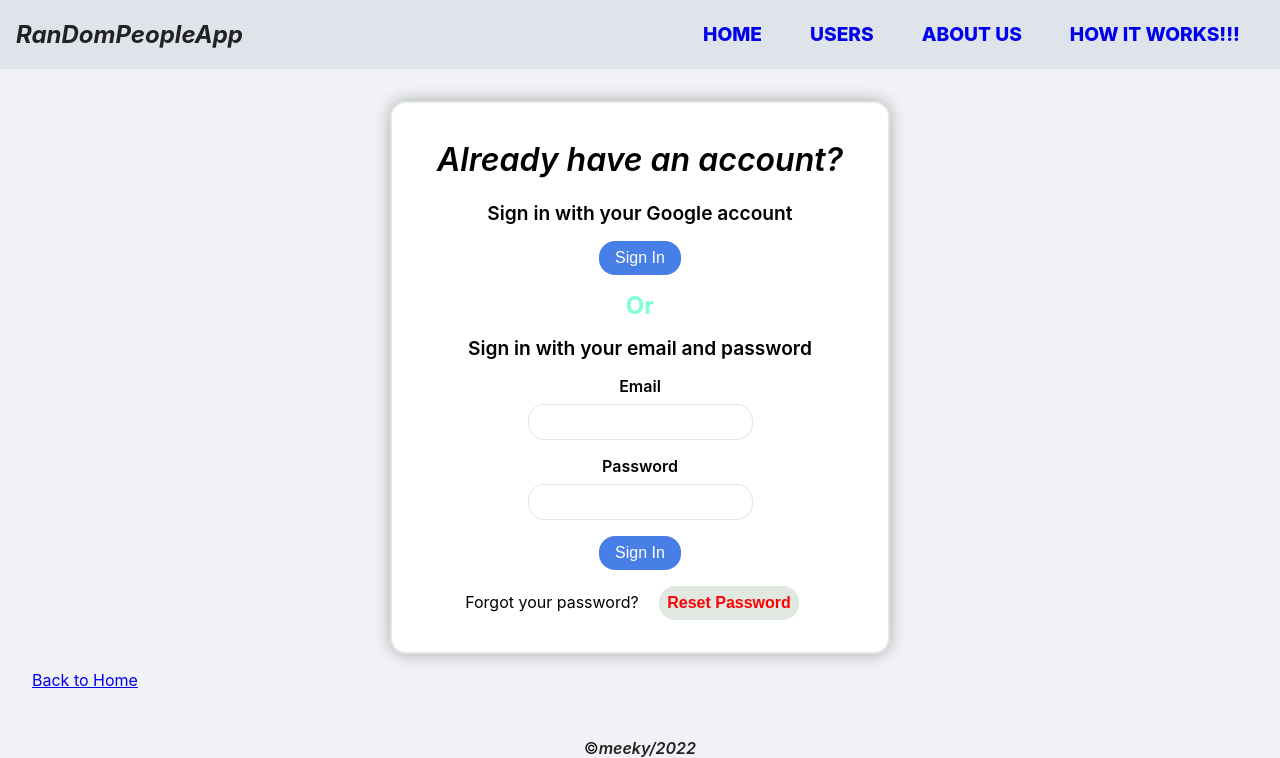
Repository: MikkyPrestige/RandomProfiles
Page: /profileDisplay
These files come from the project's save history. The page is drawn as it stood at one moment and after the next save; the edit follows.
The browser window is 1280 px wide. The pictures show the whole page.
The page's requests for data from a server got no answer. The project was rebuilt for these pictures with package versions that can differ from the ones it lists, and the page was loaded fresh each time. Some packages were replaced by stand-ins written for this rebuild. No one was signed in, and anything a server would have sent is missing. Also part of the build but not shown: src/assets/styles/home.css, src/components/home.jsx, src/components/users.jsx, src/assets/styles/search.css, src/components/search.jsx, src/assets/styles/help.css, src/components/help.jsx, src/assets/styles/about.css and 7 more.

Above is the page before, as saved 2022-12-03 05:43:51.

### public/index.html
<!DOCTYPE html>
<html lang="en">

<head>
  <meta charset="utf-8" />
  <link rel="icon" href="%PUBLIC_URL%/favicon.ico" />
  <meta name="viewport" content="width=device-width, initial-scale=1" />
  <meta name="theme-color" content="#000000" />
  <meta name="description" content="Web site created using create-react-app" />
  <link rel="apple-touch-icon" href="%PUBLIC_URL%/logo192.png" />
  <!--
      manifest.json provides metadata used when your web app is installed on a
      user's mobile device or desktop. See https://developers.google.com/web/fundamentals/web-app-manifest/
    -->
  <link rel="manifest" href="%PUBLIC_URL%/manifest.json" />
  <!--
      Notice the use of %PUBLIC_URL% in the tags above.
      It will be replaced with the URL of the `public` folder during the build.
      Only files inside the `public` folder can be referenced from the HTML.

      Unlike "/favicon.ico" or "favicon.ico", "%PUBLIC_URL%/favicon.ico" will
      work correctly both with client-side routing and a non-root public URL.
      Learn how to configure a non-root public URL by running `npm run build`.
    -->
  <title>AltSchool Assignment 2</title>
</head>

<body>
  <noscript>You need to enable JavaScript to run this app.</noscript>
  <div id="root"></div>
  <!--
      This HTML file is a template.
      If you open it directly in the browser, you will see an empty page.

      You can add webfonts, meta tags, or analytics to this file.
      The build step will place the bundled scripts into the <body> tag.

      To begin the development, run `npm start` or `yarn start`.
      To create a production bundle, use `npm run build` or `yarn build`.
    -->
</body>

</html>

### src/index.css
body {
  margin: 0;
  font-family: -apple-system, BlinkMacSystemFont, 'Segoe UI', 'Roboto', 'Oxygen',
    'Ubuntu', 'Cantarell', 'Fira Sans', 'Droid Sans', 'Helvetica Neue',
    sans-serif;
  -webkit-font-smoothing: antialiased;
  -moz-osx-font-smoothing: grayscale;
  background-color: #f1f2f6;
}

code {
  font-family: source-code-pro, Menlo, Monaco, Consolas, 'Courier New',
    monospace;
}

### src/App.jsx
import * as React from "react";
import { ErrorBoundary } from "react-error-boundary";
import { Route, Routes } from "react-router-dom";
import {
  Layout,
  Home,
  Users,
  Search,
  Help,
  About,
  Error,
  ErrorFallBack,
  Profile,
  ProfileDisplay,
  Register,
  UpdatePassword,
  Footer,
} from "./components";

const App = () => {
  return (
    <div className="App">
      <main>
        <ErrorBoundary FallbackComponent={ErrorFallBack}>
          <Layout />
          <Routes>
            <Route path="/" element={<Home />} />
            <Route path="users">
              <Route index element={<Users />} />
              <Route path=":id" element={<Search />} />
            </Route>
            <Route path="profile" element={<Profile />} />
            <Route path="profileDisplay" element={<ProfileDisplay />} />
            <Route path="register" element={<Register />} />
            <Route path="update" element={<UpdatePassword />} />
            <Route path="help" element={<Help />} />
            <Route path="about" element={<About />} />
            <Route path="*" element={<Error />} />
          </Routes>
        </ErrorBoundary>
        <Footer />
      </main>
    </div>
  );
};

export default App;

### src/components/index.js
export { default as Layout } from "./layout";
export { default as Home } from "./home";
export { default as Users } from "./users";
export { default as Search } from "./search";
export { default as Help } from "./help";
export { default as About } from "./about";
export { default as Error } from "./error";
export { default as ErrorFallBack } from "./errorFallback";
export { default as Profile } from "./profile";
export { default as ProfileDisplay } from "./profileDisplay";
export { default as Register } from "./register";
export { default as UpdatePassword } from "./update";
export { Footer } from "./avatar";

### src/components/layout.jsx
// LAYOUT COMPONENT - This component is for the App Layout that displays the Navigation bar in the app UI to the user when app is open

import { NavLink } from "react-router-dom";
import "../assets/styles/layout.css";

const CustomNavLink = ({ to, ...props }) => {
  let activeStyle = {
    textDecoration: 'underline',
    color: 'red',
  };

  return (
    <NavLink
      style={({ isActive }) =>
        isActive ? activeStyle : { textDecoration: 'none' }
      }
      to={to}
      end
      {...props}
    />
  );
};


const Layout = () => {

  return (
    <nav className="layout">
      <div className="app-header">
        <h1>RanDomPeopleApp</h1>
      </div>
      <div className="nav__items">
        <CustomNavLink to="/" className="nav__item">Home</CustomNavLink>
        <CustomNavLink to="profile" className="nav__item">Users</CustomNavLink>
        <CustomNavLink to="about" className="nav__item">About us</CustomNavLink>
        <CustomNavLink to="help" className="nav__item">How it works!!!</CustomNavLink>
      </div>
    </nav>
  );
}

export default Layout;

### src/components/profileDisplay.jsx
import { useEffect, useState } from "react";
import { Link } from "react-router-dom";
import {
  auth,
  provider,
  signInWithRedirect,
  onAuthStateChanged,
  signInWithEmailAndPassword,
  sendPasswordResetEmail,
  signOut,
  deleteUser,
} from "../config";
import { Avatar } from "./avatar";

const ProfileDisplay = () => {
  const [user, setUser] = useState(null);
  const [email, setEmail] = useState("");
  const [password, setPassword] = useState("");
  const [error, setError] = useState("");

  useEffect(() => {
    onAuthStateChanged(auth, (user) => {
      if (user) {
        setUser(user);
      } else {
        setUser(null);
      }
    });
  }, []);

  // handle sign In
  const signIn = (e) => {
    e.preventDefault();
    signInWithRedirect(auth, provider);
  };

  // sign in with email and password
  const handleSignIn = (e) => {
    e.preventDefault();
    signInWithEmailAndPassword(auth, email, password)
      .then(() => {
        console.log("User signed in!");
      })
      .catch((error) => {
        if (error.code === "auth/wrong-password") {
          setError("Wrong password!");
        }
        if (error.code === "auth/user-not-found") {
          setError("User not found!");
        }
        console.error(error);
      });
  };

  // Send a password reset email
  const handlePasswordReset = (e) => {
    e.preventDefault();
    sendPasswordResetEmail(auth, email)
      .then(() => {
        // console.log("Password reset email sent!");
        alert("Password reset email sent!");
      })
      .catch((error) => {
        const errorCode = error.code;
        const errorMessage = error.message;
        console.error(errorMessage);
        alert(errorCode);
      });
  };

  // handle sign out
  const handleSignOut = (e) => {
    e.preventDefault();
    signOut(auth)
      .then(() => {
        console.log("User signed out!");
      })
      .catch((error) => {
        console.error(error);
      });
  };

  // handle delete user
  const handleDelete = (e) => {
    e.preventDefault();
    deleteUser(auth.currentUser)
      .then(() => {
        console.log("User deleted!");
      })
      .catch((error) => {
        console.error(error);
      });
  };

  return (
    <div className="profile">
      <div className="profile__container">
        <div className="profile__desc">
          {user ? (
            <div className="profile__user">
              <h1 className="profile__title">Profile Display</h1>
              <Avatar
                image={user.photoURL}
                style={{ width: "10rem", height: "10rem", borderRadius: "50%" }}
              />
              <p className="profile__detail">
                <strong>Signed in account name: </strong>
                {user.displayName}
              </p>
              <p className="profile__detail">
                <strong>Signed in email: </strong>
                {user.email}
              </p>
              <Link to="/users" className="profile__link">
                Users
              </Link>
              <div className="btn__wrapper">
                <div className="btn__container">
                <button onClick={handleSignOut} className="btn">
                  Sign Out
                </button>
                <Link to="/update" className="btn__link">Update Password</Link>
                </div>
                <button onClick={handleDelete} className="btn">
                  Delete Account
                </button>
              </div>
            </div>
          ) : (
            <div className="profile__user">
              <div className="sign__wrapper">
                <h1 className="profile__title">Already have an account?</h1>
                <h2 className="sign__heading">
                  Sign in with your Google account
                </h2>
                <button onClick={signIn} className="sign__btn">
                  Sign In
                </button>
                <p className="or">Or</p>
                <h2 className="sign__heading">
                  Sign in with your email and password
                </h2>
                <form onSubmit={handleSignIn} className="sign__form">
                  <label htmlFor="email" className="sign__label">
                    Email
                  </label>
                  <input
                    type="email"
                    name="email"
                    id="email"
                    value={email}
                    onChange={(e) => setEmail(e.target.value)}
                    className="sign__input"
                  />

                  <label htmlFor="password" className="sign__label">
                    Password
                  </label>
                  <input
                    type="password"
                    name="password"
                    id="password"
                    value={password}
                    onChange={(e) => setPassword(e.target.value)}
                    className="sign__input"
                  />
                  {error && <p className="error">{error}</p>}
                  <button type="submit" className="sign__btn">
                    Sign In
                  </button>
                </form>
                <div>
                  <span>Forgot your password? </span>
                  <button onClick={handlePasswordReset} className="btn">
                    Reset Password
                  </button>
                </div>
              </div>
            </div>
          )}
        </div>
      </div>
      <p className="register__text">
        <Link to="/" className="register__link">
          Back to Home
        </Link>
      </p>
    </div>
  );
};

export default ProfileDisplay;

### src/components/avatar.jsx
// AVATAR COMPONENT - This component is for the Images used in the app.

import "../assets/styles/layout.css";

export const Avatar = ({ image = "", alt = "", style = {} }) => {
  return (
    <div className="avatar">
      <img src={image} alt={alt} style={style} />
    </div>
  );
};

// FOOTER COMPONENT - for the attribution

export const Footer = () => {
  return (
    <div className="attribution">
      <footer>
        &copy;
        <a
          href="https://github.com/MeekyBerry"
          target="_blank"
          rel="noreferrer"
          className="footer"
        >
          meeky/2022
        </a>
      </footer>
    </div>
  );
};

### src/assets/styles/layout.css
.layout {
  background-color: #dfe4ea;
  padding: 0rem 1rem;
  color: #222;
  display: flex;
  align-items: center;
  justify-content: space-between;
}

.app-header {
  font-style: italic;
}

.nav__items {
  display: flex;
  align-items: center;
  list-style: none;
  flex-wrap: wrap;
}

.nav__item {
  font-size: 1.2rem;
  font-weight: 800;
  padding: 1rem 1.5rem;
  text-transform: uppercase;
}

.attribution {
  text-align: center;
}

.footer {
  color: #222;
  text-decoration: none;
  cursor: pointer;
  font-style: italic;
  font-weight: 600;
}

### src/assets/styles/users.css
.users {
  background-color: #fff;
  border: 1px solid #ccc;
  border-radius: 0.5rem;
  padding: 1rem;
  margin: 1rem;
}

.users__heading {
  text-align: center;
  text-transform: uppercase;
  font-size: 1.5rem;
  font-weight: bold;
  margin-bottom: 1rem;
}

/* TOP BUTTON  */
.top__btn {
  display: flex;
  justify-content: space-between;
  align-items: center;
  margin-bottom: 1rem;
}

.cta {
  background-color: #fff;
  border: 1px solid #ccc;
  border-radius: 1rem;
  padding: 0.5rem;
  margin: 1rem;
  font-size: 1rem;
  font-weight: bold;
  cursor: pointer;
}

.page__num {
  background-color: #7fffd4;
  color: #fff;
  border: none;
  border-radius: 50%;
  padding: 0.5rem;
  font-size: 1.5rem;
  font-weight: bold;
  cursor: pointer;
}

.users__list {
  list-style: none;
  padding: 2rem;
  margin: 1rem auto;
  width: 85%;
  display: grid;
  grid-template-columns: repeat(3, minmax(200px, 1fr));
  grid-gap: 3rem;
}

.user__items {
  padding: 1rem;
  border-bottom: 1px solid #ccc;
}

.user__item {
  background-color: #fff;
  border: 1px solid #ccc;
  border-radius: 0.5rem;
  padding: 1rem;
}

.user__img {
  width: 80%;
  border-radius: 10%;
  margin-left: 1rem;
}

/* BUTTON BELOW */
.bottom__btn {
  display: flex;
  justify-content: center;
  align-items: center;
}

.btn {
  background-color: #1e90ff;
  color: #f1f2f6;
  border: none;
  border-radius: 1rem;
  padding: 0.5rem 1rem;
  margin: 1rem;
  font-size: 1rem;
  font-weight: bold;
  cursor: pointer;
}

.active:hover {
  background-color: #ced6e0;
  color: #1e90ff;
}

.active:active {
  background-color: #70a1ff;
  color: #ced6e0;
}

.btn__array {
  padding: 0.5rem;
  margin: 0.5rem;
  font-size: 1rem;
  font-weight: bold;
  border-radius: 0.5rem;
  border: none;
  cursor: pointer;
}

.pagination {
  text-align: center;
}

.search__box {
  display: flex;
  justify-content: center;
  align-items: center;
}

.search__link {
  background-color: #fff;
  border: 1px solid #ccc;
  color: #1e90ff;
  border-radius: 1rem;
  width: 18rem;
  padding: 0.5rem;
  margin: 1rem;
  font-size: 1rem;
  font-weight: bold;
  cursor: pointer;
  text-align: center;
  text-decoration: none;
  animation: search 1s ease-in-out infinite;
}

.search__link:hover {
  background-color: #1e90ff;
  color: #fff;
  animation: none;
}

.search__link:active {
  background-color: #70a1ff;
  color: #fff;
  animation: none;
}

@keyframes search {
  0% {
    transform: scale(1);
  }

  50% {
    transform: scale(1.2);
  }

  100% {
    transform: scale(1);
  }
}

### src/config/index.js
// Import the functions you need from the SDKs you need
import { initializeApp } from "firebase/app";
import {
  getAuth,
  signInWithRedirect,
  GoogleAuthProvider,
  getRedirectResult,
  onAuthStateChanged,
  createUserWithEmailAndPassword,
  signInWithEmailAndPassword,
  sendPasswordResetEmail,
  updatePassword,
  signOut,
  deleteUser,
} from "firebase/auth";

// web app's Firebase configuration
const firebaseConfig = {
  apiKey: "AIzaSyCfrfw6chi091bWLqJvanxAUTxgJ5XqEu0",
  authDomain: "random-people-app.firebaseapp.com",
  projectId: "random-people-app",
  storageBucket: "random-people-app.appspot.com",
  messagingSenderId: "1097586453252",
  appId: "1:1097586453252:web:4575afe7663a752ae77e51",
};

// Initialize Firebase
const app = initializeApp(firebaseConfig);
// Setup Google auth provider
const provider = new GoogleAuthProvider();

const auth = getAuth();

export {
  app,
  provider,
  auth,
  signInWithRedirect,
  getRedirectResult,
  onAuthStateChanged,
  createUserWithEmailAndPassword,
  signInWithEmailAndPassword,
  sendPasswordResetEmail,
  updatePassword,
  signOut,
  deleteUser,
};

### src/assets/styles/profile.css
.profile {
  padding: 2rem;
  height: 100%;
}

.or {
  font-size: 1.5rem;
  color: #7fffd4;
  font-weight: bold;
  margin: 1rem 0;
}

.profile__container {
  display: flex;
  flex-direction: column;
  align-items: center;
  justify-content: center;
}

.profile__desc {
  text-align: center;
  max-width: 500px;
  width: 100%;
}

.profile__user {
  background-color: #fff;
  border: 2px solid #e1e8e1;
  border-radius: 1rem;
  box-shadow: 0 0 1rem rgba(0, 0, 0, 0.3);
  padding: 1rem 0;
}

.profile__title {
  font-size: 2rem;
  font-weight: 600;
  font-style: oblique;
}

.profile__detail {
  font-size: 1.2rem;
  font-weight: 400;
}

.btn__wrapper {
  display: flex;
  justify-content: center;
  align-items: center;
  gap: 5rem;
  margin-top: 2rem;
}

.btn {
  background-color: #e1e8e1;
  color: red;
  border: none;
  border-radius: 1rem;
  padding: .5rem;
  font-size: 1rem;
  cursor: pointer;
}

.btn:hover {
  background-color: #d1d8d1;
  color: #0651ddbb;
}

.btn:active {
  background-color: #c1c8c1;
  color: #0651ddbb;
}

.sign__btn {
  background-color: #0651ddbb;
  color: #fff;
  border: none;
  border-radius: 1rem;
  padding: .5rem 1rem;
  font-size: 1rem;
  cursor: pointer;
}

.sign__btn:hover {
  background-color: #0651dd;
  color: #fff;
}

.sign__btn:active {
  background-color: #0651dd;
  color: #fff;
}

.sign__heading {
  font-size: 1.2rem;
  font-weight: 600;
  text-align: center;
  margin-bottom: 1rem;
}

.sign__form {
  display: flex;
  flex-direction: column;
  justify-content: center;
  align-items: center;
}

.sign__label {
  font-size: 1rem;
  font-weight: 600;
  margin-bottom: .5rem;
}

.sign__input {
  border: 1px solid #e1e8e1;
  border-radius: 1rem;
  padding: .5rem;
  font-size: 1rem;
  margin-bottom: 1rem;
}

.sign__input:focus {
  outline: none;
}

.register__container {
  margin-top: 2rem;
  border-top: 1px solid #ccc;
}

.register__title {
  font-size: 1.5rem;
  font-weight: 600;
}

.register__group {
  display: flex;
  justify-content: center;
  align-items: center;
  gap: 1rem;
  margin: 1rem;
}

.register__label {
  font-size: 1rem;
  font-weight: 600;
}

.register__input {
  border: 1px solid #e1e8e1;
  border-radius: 1rem;
  padding: .5rem;
  font-size: 1rem;
}

.register__input:focus {
  outline: none;
}

.error {
  color: red;
  font-size: 1rem;
  font-weight: 600;
  margin-top: -.8rem;
}

Loaded but not shown: src/index.js (common file)

After the next save:
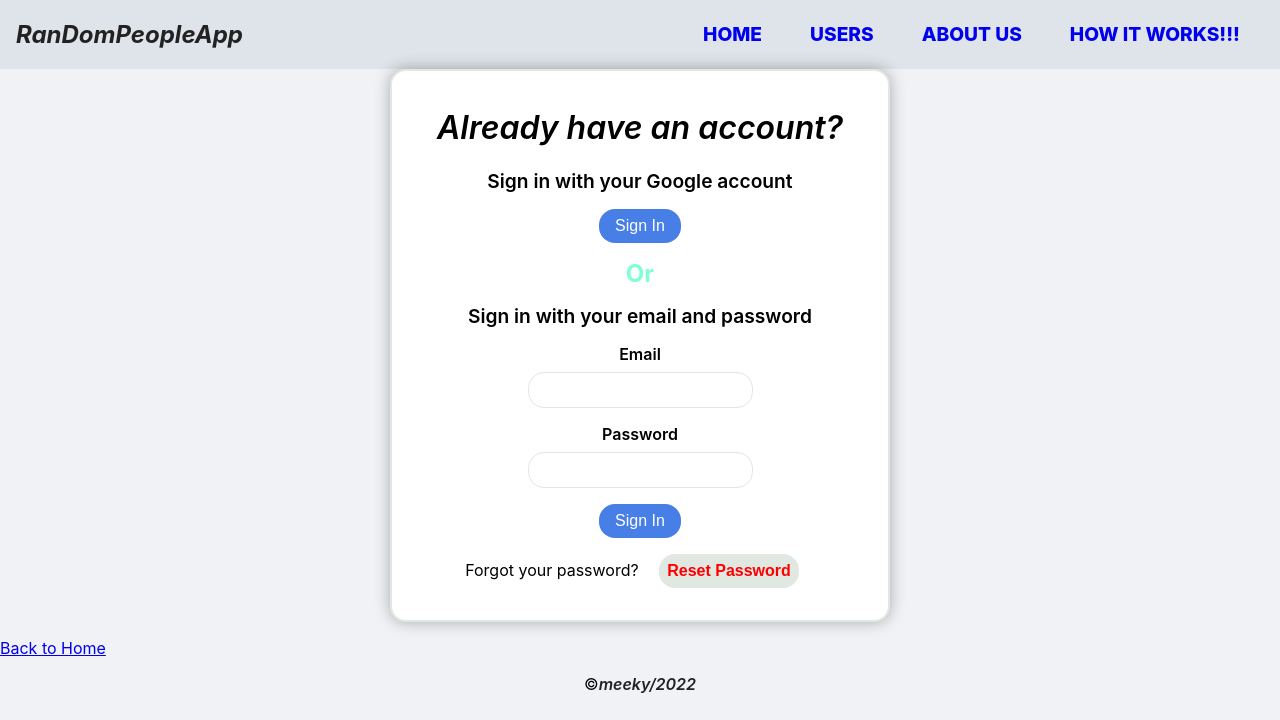
Saved 54 s later.
--- a/src/components/profileDisplay.jsx
+++ b/src/components/profileDisplay.jsx
@@ -93,7 +93,7 @@ const ProfileDisplay = () => {
   };
 
   return (
-    <div className="profile">
+    <div className="">
       <div className="profile__container">
         <div className="profile__desc">
           {user ? (

After the save that followed:
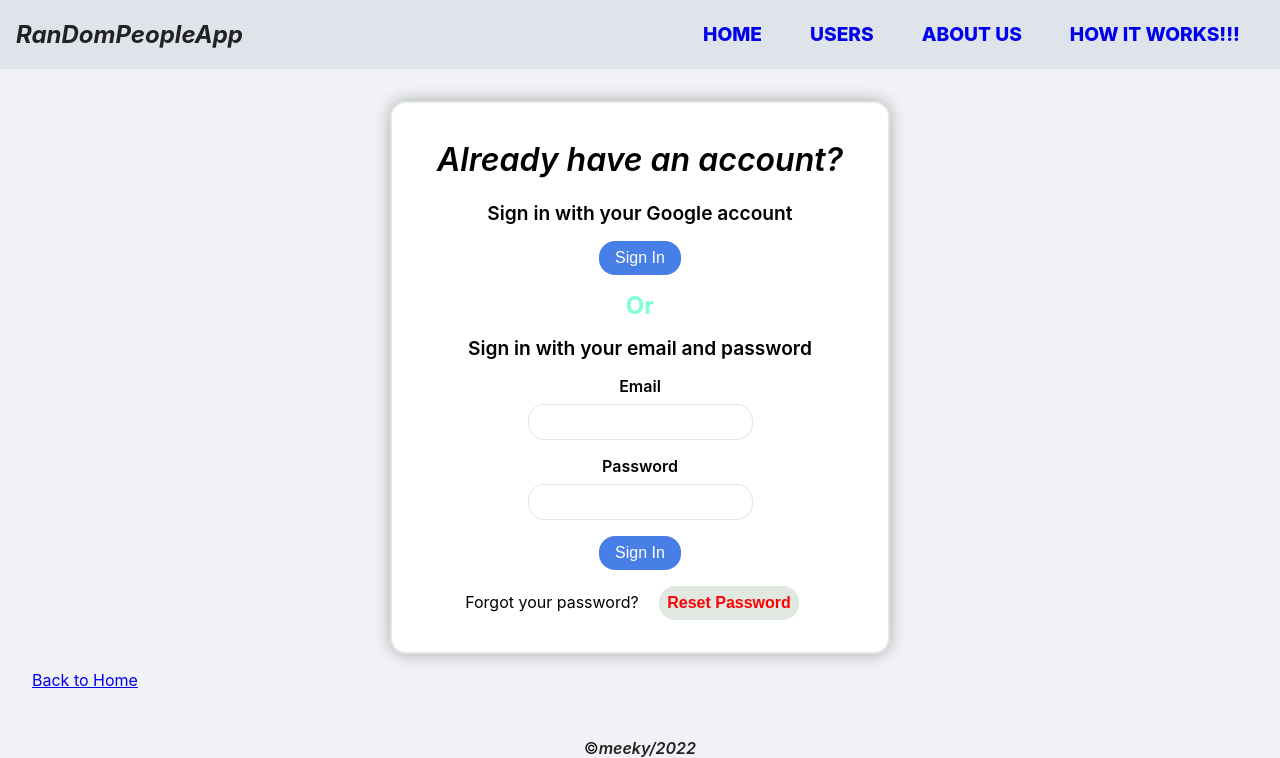
Saved 5 s later.
--- a/src/components/profileDisplay.jsx
+++ b/src/components/profileDisplay.jsx
@@ -93,7 +93,7 @@ const ProfileDisplay = () => {
   };
 
   return (
-    <div className="">
+    <div className="profile">
       <div className="profile__container">
         <div className="profile__desc">
           {user ? (
